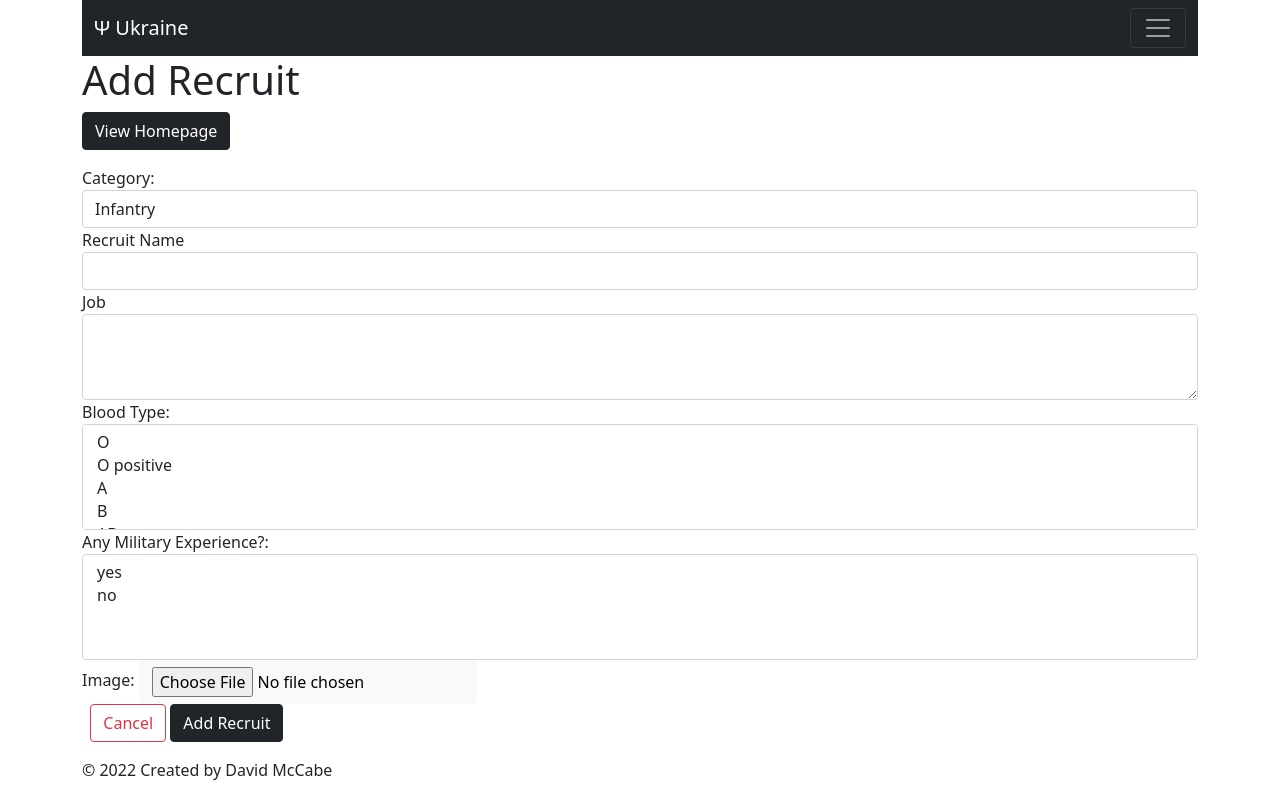
Repository: davidDKIT/ca2-davidmccabe-php
Page: http://localhost/add_record_form.php
The author's editor kept a copy of each file at every save. The page is drawn from the files as they stood at one save, then again after the next save.
The browser window is 1280 px wide. The pictures show the whole page.
The page is run by PHP 8.4 with error messages shown; the project is at /var/www/html/. The database holds what the project's SQL file puts in it.

Above is the page before, as saved 2022-03-16 14:53:58.

### add_record_form.php
<?php
require('database.php');
$query = 'SELECT *
          FROM categories
          ORDER BY categoryID';
$statement = $db->prepare($query);
$statement->execute();
$categories = $statement->fetchAll();
$statement->closeCursor();
?>
<!-- the head section -->
<div class="container">
  <?php
  include('includes/header.php');
  ?>
  <h1>Add Recruit</h1>

  <form action="add_record.php" method="post" enctype="multipart/form-data" id="add_record_form">
  <p><a class="btn btn-dark" href="index.php">View Homepage</a></p>
    <div class="form-group">
      <label for="exampleFormControlInput1">Category:</label>
      <select class="form-control" id="exampleFormControlInput1" name="category_id">
        <?php foreach ($categories as $category) : ?>
          <option value="<?php echo $category['categoryID']; ?>">
            <?php echo $category['categoryName']; ?>
          </option>
        <?php endforeach; ?>
      </select>
    </div>
    <div class="form-group">
      <label for="exampleFormControlTextarea1">Recruit Name</label>
      <input class="form-control" id="exampleFormControlTextarea1" name="recruitName" onBlur="recruitName_validation();"><span id="recruitName_err"></span></li>
      <label for="exampleFormControlTextarea1">Job</label>
      <textarea class="form-control" id="exampleFormControlTextarea1" name="job" rows="3"></textarea>
      <label for="exampleFormControlSelect2">Blood Type:</label>
      <select multiple class="form-control" id="exampleFormControlSelect2" name="bloodType">
        <option>O</option>
        <option>O positive</option>
        <option>A</option>
        <option>B</option>
        <option>AB</option>
      </select>
      <label for="exampleFormControlSelect2">Any Military Experience?:</label>
      <select multiple class="form-control" id="exampleFormControlSelect2" name="militaryExp">
        <option>yes</option>
        <option>no</option>
      </select>
      <label>Image:</label>
      <input class="btn btn-light" type="file" name="image" accept="image/*" />
      <br>
    </div>
    <label>&nbsp;</label>
    <a href="main.php"> <button class="btn btn-outline-danger">Cancel</button></a>
    <input class="btn btn-dark" type="submit" value="Add Recruit">
    <br>
  </form>

  <?php
  include('includes/footer.php');
  ?>

### database.php
<?php
    $dsn = 'mysql:host=localhost;dbname=ukraine_signup';
    $username = 'root';
    $password = '';

    try {
        $db = new PDO($dsn, $username, $password);
    } catch (PDOException $e) {
        $error_message = $e->getMessage();
        include('database_error.php');
        exit();
    }
?>

### includes/header.php
<!-- the head section -->
<?php
if (isset($_POST['submit'])) {
  $searchValue = $_POST['search'];
  $con = new mysqli("localhost", "root", "", "ukraine_signup");
  if ($con->connect_error) {
    echo "connection Failed: " . $con->connect_error;
  } else {
    $sql = "SELECT * FROM recruits WHERE recruitName LIKE '%$searchValue%'";

    $result = $con->query($sql);
    while ($row = $result->fetch_assoc()) {
      echo "Recruit found in database: " . $row['recruitName'] . '<br>' . "Their job associated: " . $row['job'] . '<br>' . '<br>';
    }
  }
}
?>

<head>
  <title>Ukraine Sign Up</title>
  <link href="https://cdn.jsdelivr.net/npm/bootstrap@5.1.3/dist/css/bootstrap.min.css" rel="stylesheet" integrity="sha384-1BmE4kWBq78iYhFldvKuhfTAU6auU8tT94WrHftjDbrCEXSU1oBoqyl2QvZ6jIW3" crossorigin="anonymous">
  <!-- Custom styles for this template-->
  <script src="https://cdn.jsdelivr.net/npm/bootstrap@5.1.3/dist/js/bootstrap.bundle.min.js" integrity="sha384-ka7Sk0Gln4gmtz2MlQnikT1wXgYsOg+OMhuP+IlRH9sENBO0LRn5q+8nbTov4+1p" crossorigin="anonymous"></script>

</head>

<!-- the body section -->

<body>
  <nav class="navbar navbar-dark bg-dark">
    <div class="container-fluid">
      <a class="navbar-brand" href="main.php">Ψ Ukraine</a>
      <button class="navbar-toggler" type="button" data-bs-toggle="collapse" data-bs-target="#navbarNavDropdown" aria-controls="navbarNavDropdown" aria-expanded="false" aria-label="Toggle navigation">
        <span class="navbar-toggler-icon"></span>
      </button>
      <div class="collapse navbar-collapse" id="navbarNavDropdown">
        <ul class="navbar-nav">
          <li class="nav-item">
            <a class="nav-link active" aria-current="page" href="index.php">Home</a>
          </li>
          <li class="nav-item">
            <a class="nav-link" href="category_list.php">Manage Categories</a>
          </li>
          <li class="nav-item">
            <a class="nav-link" href="add_record_form.php">Add New Recruit</a>
          </li>
          <form class="form-inline my-2 my-lg-0" method = "post" action = "search_recruit.php">
            <input class="form-control mr-sm-2" type="search" placeholder="Search" aria-label="Search">
            <button class="btn btn-outline-success my-2 my-sm-0" type="submit">Search</button>
          </form>

        </ul>
      </div>
    </div>
  </nav>

### includes/footer.php
<footer>
<p>&copy; <?php echo date("Y"); ?> Created by David McCabe</p>
</footer>
</div><!-- close div container -->
</body>
</html>

### data-for-your-database.sql (the tables this page reads)
CREATE TABLE `categories` (
  `categoryID` int(11) NOT NULL AUTO_INCREMENT,
  `categoryName` varchar(255) NOT NULL,
  PRIMARY KEY (categoryID)
) ENGINE=InnoDB DEFAULT CHARSET=utf8;

INSERT INTO `categories` (`categoryID`, `categoryName`) VALUES
(1, 'Infantry'),
(2, 'Airforce'),
(3, 'Tank Crew'),
(4, 'Bombers'),
(5, 'Sniper Team');

ALTER TABLE `categories`
  ADD PRIMARY KEY (`categoryID`);

ALTER TABLE `categories`
  MODIFY `categoryID` int(11) NOT NULL AUTO_INCREMENT, AUTO_INCREMENT=3;

After the next save:
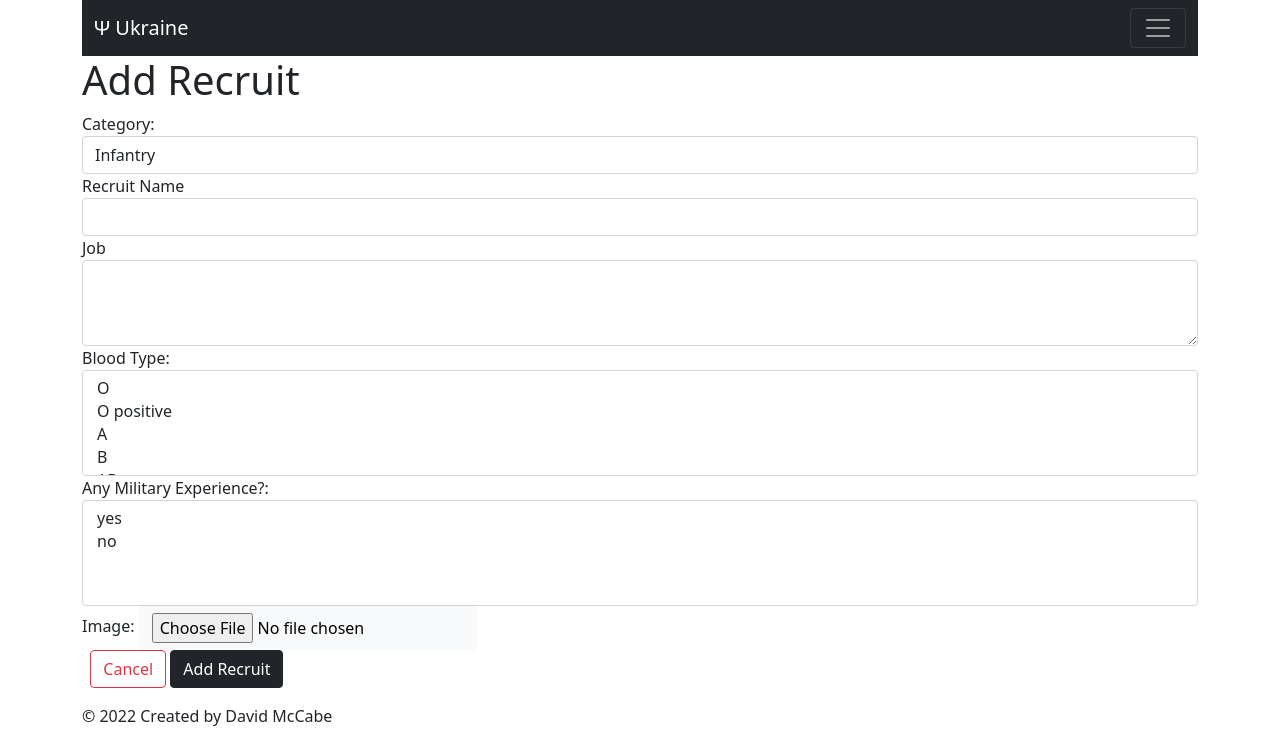
Saved 8 min 37 s later.
--- a/add_record_form.php
+++ b/add_record_form.php
@@ -16,7 +16,7 @@ $statement->closeCursor();
   <h1>Add Recruit</h1>
 
   <form action="add_record.php" method="post" enctype="multipart/form-data" id="add_record_form">
-  <p><a class="btn btn-dark" href="index.php">View Homepage</a></p>
+  <!-- <p><a class="btn btn-dark" href="index.php">View Homepage</a></p> -->
     <div class="form-group">
       <label for="exampleFormControlInput1">Category:</label>
       <select class="form-control" id="exampleFormControlInput1" name="category_id">
